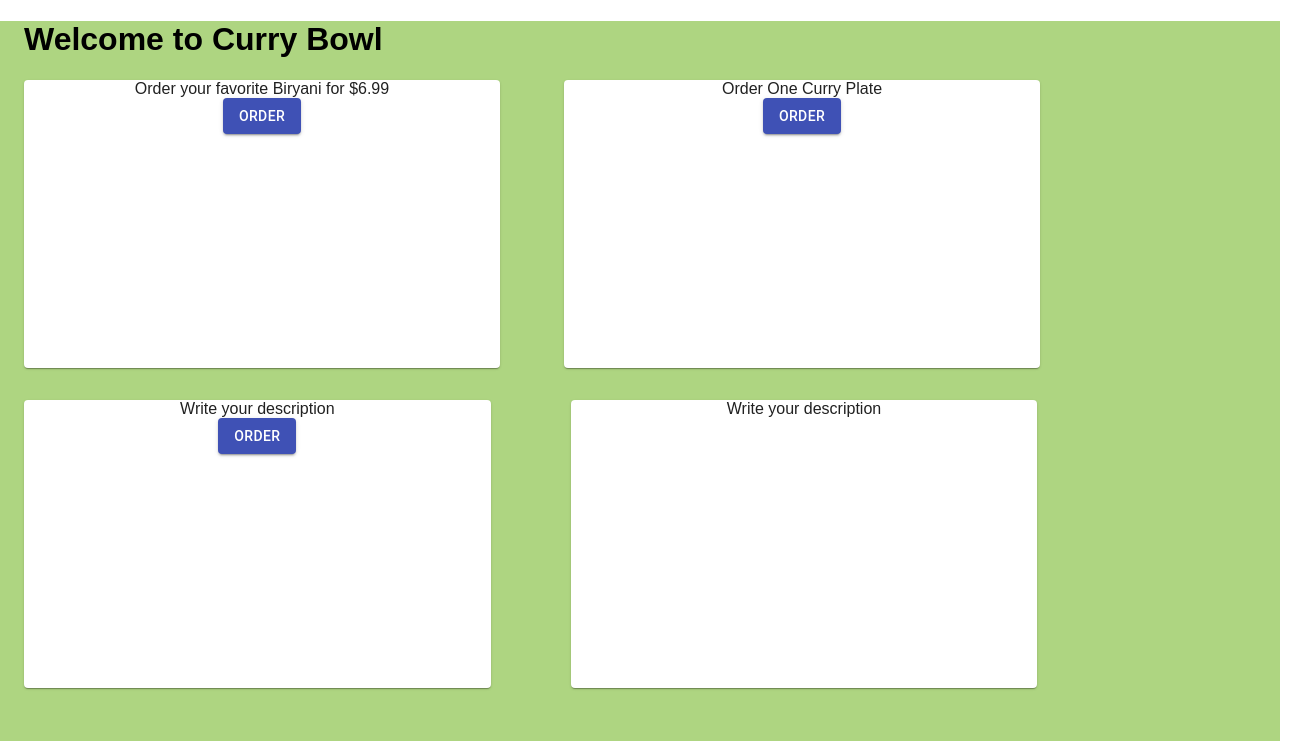
Repository: appikonda/food-order
Page: /
These files come from the project's save history. The page is drawn as it stood at one moment and after the next save; the edit follows.
The browser window is 1280 px wide. The page is 1296 px wide, so the pictures cover 1296 px, including what lies to the right of the window. The pictures show the whole page.
The project was rebuilt for these pictures with package versions that can differ from the ones it lists, and the page was loaded fresh each time. Also part of the build but not shown: webpack.config.js, src/App.css.

Above is the page before, as saved 2019-08-16 11:09:37.

### src/App.js
import React, { Component } from 'react';
import logo from './logo.svg';
import './App.css';
import OrderFood from './OrderFood.jsx'
class App extends Component {
  render() {
    return (
      <div>

           <OrderFood/>


    </div>
    );
  }
}

export default App;

### src/OrderFood.jsx
import React, { Component } from 'react';
import Container from '@material-ui/core/Container';
import Grid from '@material-ui/core/Grid';
import Button from '@material-ui/core/Button';
import Dialog from '@material-ui/core/Dialog';
import DialogContent from '@material-ui/core/DialogContent';
//import DialogTitle from '@material-ui/core/DialogTitle';
import Paper from '@material-ui/core/Paper';
import Iframe from 'react-iframe';
//import Divider from '@material-ui/core/Divider';
import AppBar from '@material-ui/core/AppBar';
import Toolbar from '@material-ui/core/Toolbar';
import IconButton from '@material-ui/core/IconButton';
import Typography from '@material-ui/core/Typography';
import CloseIcon from '@material-ui/icons/Close';
//import Slide from '@material-ui/core/Slide';

class OrderFood extends Component {
  constructor(props) {
    super(props);
    this.state ={
      showDialog: false
    }
  }


  render() {
    if (this.state.showDialog){
      return(
        <div>
        {this.renderSearchDialog()}
        </div>
      )
    }else{
      return (
        <div >
        <Container  fixed style={{ backgroundColor: '#aed581', height: '100vh' }}>
        <h1>Welcome to Curry Bowl</h1>
        {this.renderGridOptions()}
        </Container>
          </div>
      );
    }

  }
//One for biryani orders // 6.99
//One for one curry options// 5.99/
//One for 2 curry options //6.99
//One for full plate options //8.99

renderGridOptions(){

  return (
    <div >
     <Grid container spacing={8}>
        <Grid item xs={7} sm={5}  >
          <Paper style={{  textAlign: 'center',  color: '#212121', height: '40vh'  }}>
              Order your favorite Biryani for $6.99
             <br/>
             <Button variant="contained" color="primary" onClick={this.showSearchDiaglog.bind(this)}>
        Order
      </Button>

          </Paper>
        </Grid>
        <Grid item xs={7} sm={5} >
          <Paper style={{  textAlign: 'center',  color: '#212121', height: '40vh'  }}>
             Order One Curry Plate
            <br/>
            <Button variant="contained" color="primary" onClick={this.showSearchDiaglog.bind(this)}>
        Order
      </Button>

          </Paper>
        </Grid>


  </Grid>
  <Grid container spacing={10}>

        <Grid item xs={6} sm={5}  >
          <Paper style={{  textAlign: 'center',  color: '#212121', height: '40vh'  }}>
             Write your description
             <br/>
             <Button variant="contained" color="primary" onClick={this.showSearchDiaglog.bind(this)}>
        Order
      </Button>

          </Paper>
        </Grid>
        <Grid item xs={6} sm={5} >
          <Paper style={{  textAlign: 'center',  color: '#212121', height: '40vh'  }}>
             Write your description

          </Paper>
        </Grid>


  </Grid>
   </div>
  );

}



showSearchDiaglog() {
  this.setState({ showDialog: true });
}
hideSearchDialog() {
  this.setState({ showDialog: false });
}

renderSearchDialog(){
  return (
    <Dialog fullScreen
      disableBackdropClick
      disableEscapeKeyDown
      open={this.state.showDialog}
      aria-labelledby="search-employee-form"      fullWidth
      onClose={this.hideSearchDialog.bind(this)}
    >
       <AppBar >
          <Toolbar>
            <IconButton edge="start" color="inherit" onClick={this.hideSearchDialog.bind(this)} aria-label="close">
              <CloseIcon />
            </IconButton>
            <Typography variant="h6">
              Order
            </Typography>
          </Toolbar>
        </AppBar>



      <Iframe url="https://docs.google.com/forms/d/e/1FAIpQLSdyKr7HLqYcw9uLIflgbRmy-7WHtb8fDuJuym8K5pYcW45q3g/viewform"
      width="100%"
      height="100%"
      allowFullScreen
        id="myId"
        className="myClassname"
        display="initial"
        position="relative"/>




    </Dialog>
  )
}

}

export default OrderFood;

Loaded but not shown: public/index.html (common file); src/index.js (common file); src/index.css (common file)

After the next save:
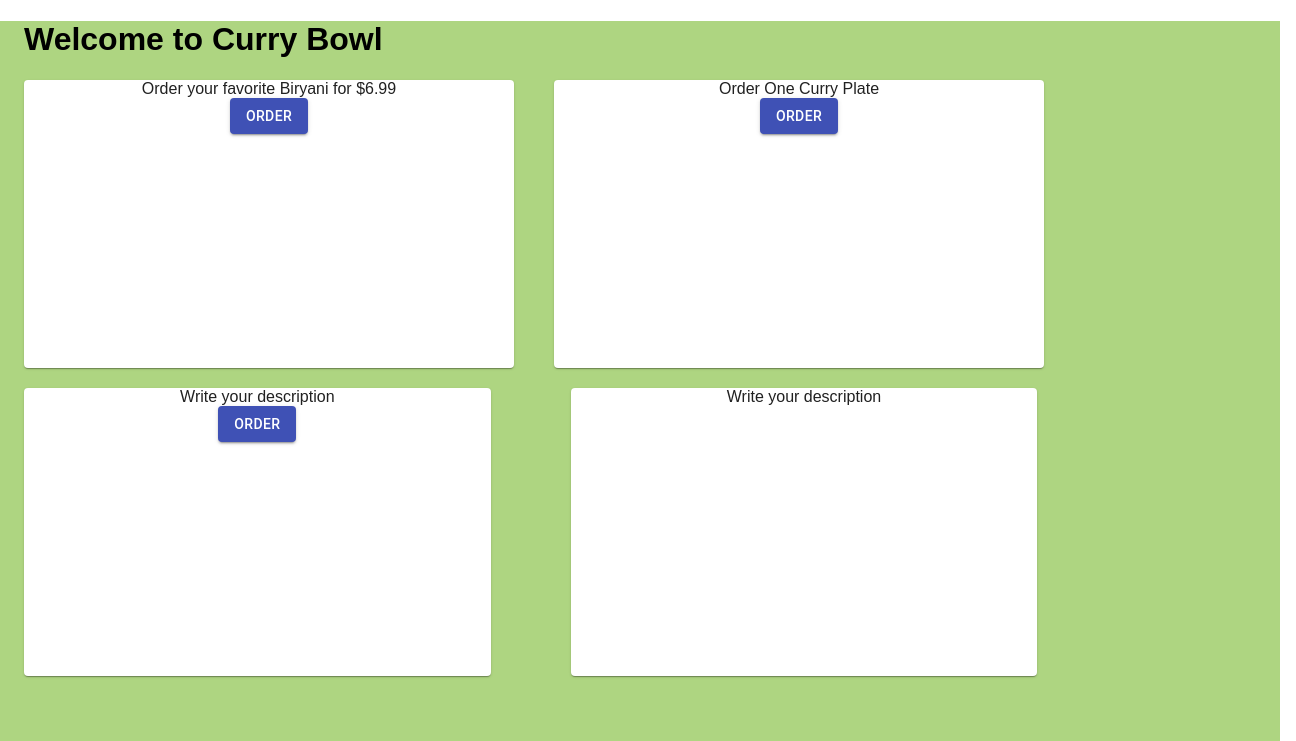
Saved 14 s later.
--- a/src/OrderFood.jsx
+++ b/src/OrderFood.jsx
@@ -52,8 +52,8 @@ renderGridOptions(){
 
   return (
     <div >
-     <Grid container spacing={8}>
-        <Grid item xs={7} sm={5}  >
+     <Grid container spacing={5}>
+        <Grid item xs={6} sm={5}  >
           <Paper style={{  textAlign: 'center',  color: '#212121', height: '40vh'  }}>
               Order your favorite Biryani for $6.99
              <br/>
@@ -63,7 +63,7 @@ renderGridOptions(){
 
           </Paper>
         </Grid>
-        <Grid item xs={7} sm={5} >
+        <Grid item xs={6} sm={5} >
           <Paper style={{  textAlign: 'center',  color: '#212121', height: '40vh'  }}>
              Order One Curry Plate
             <br/>
